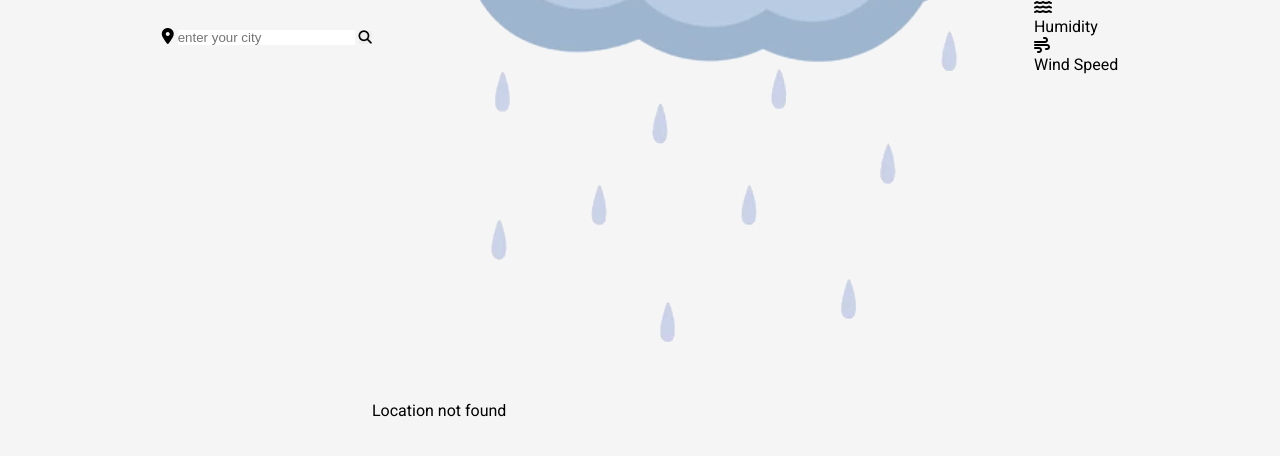
Repository: Pr1s0n3r627/weather
Page: index.html
An editor plug-in stored every save of this project. The page is shown before and after the next save, followed by the edit.
The browser window is 1280 px wide. The pictures show the whole page.
Some web libraries are served in a nearby version.

Above is the page before, as saved 2024-05-18 17:30:18.
Not found: index.js

After the next save:
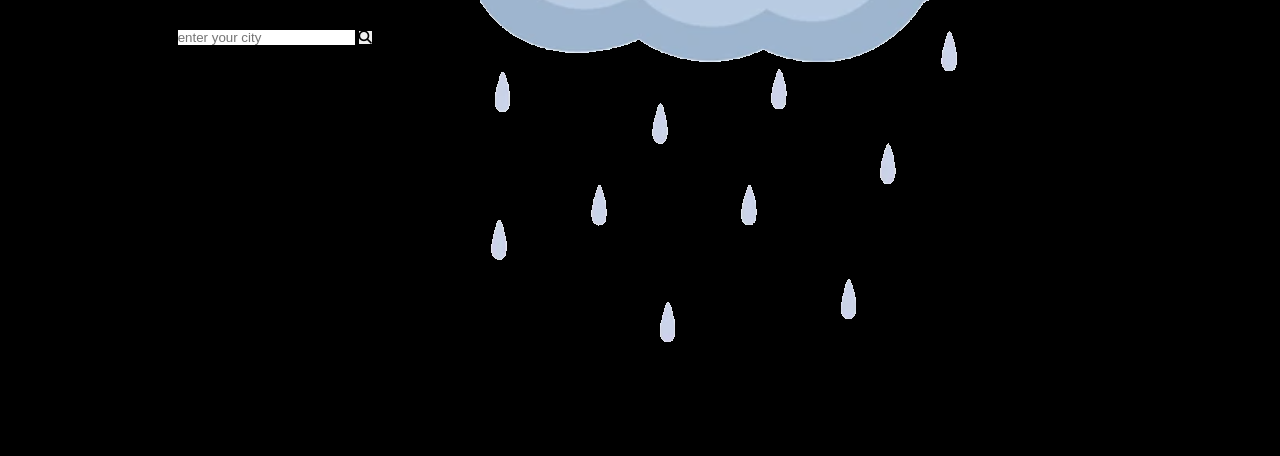
Saved 10 s later.
--- a/style.css
+++ b/style.css
@@ -13,5 +13,4 @@ body{
     justify-content: center;
     background: #000;
     font-family: 'Roboto', sans-serif;
-    background-color: #f5f5f5;
 }
